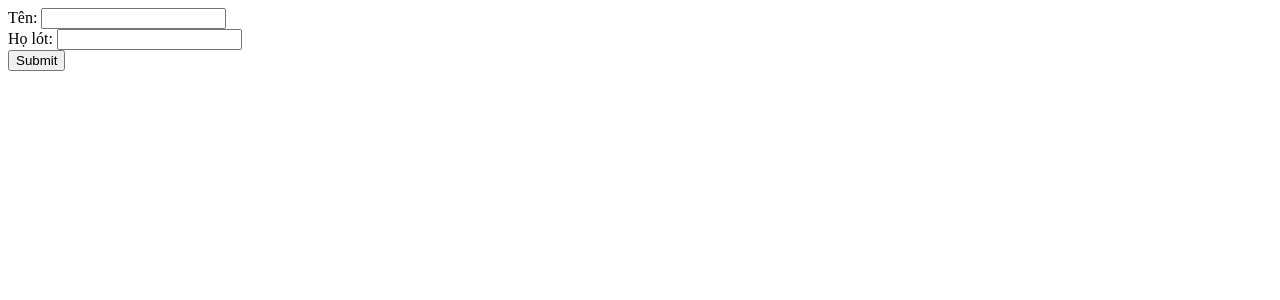
Repository: dangpham258/LapTrinhWeb
Page: BaiTap01/src/main/webapp/login.html
The author's editor kept a copy of each file at every save. The page is drawn from the files as they stood at one save, then again after the next save.
The browser window is 1280 px wide. The pictures show the whole page.

Above is the page before, as saved 2025-08-22 03:01:18.

After the next save:
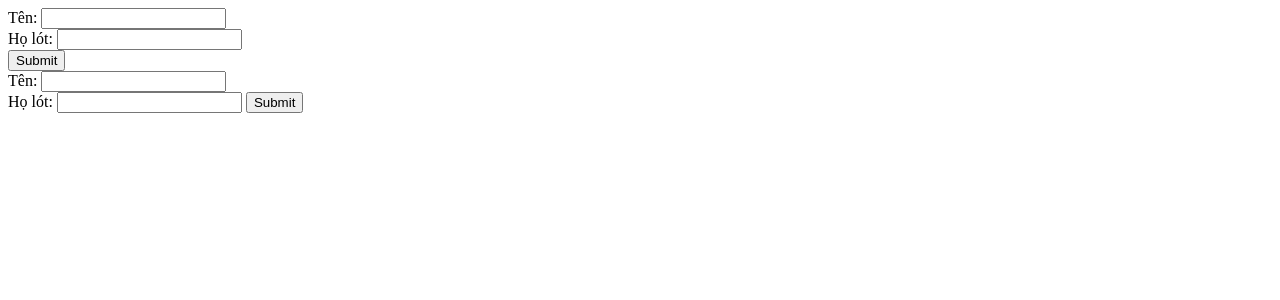
Saved 37 s later.
--- a/BaiTap01/src/main/webapp/login.html
+++ b/BaiTap01/src/main/webapp/login.html
@@ -10,5 +10,11 @@
         Họ lót: <input type="text" name="holot" /> <br />
         <input type="submit" value="Submit" />
     </form>
+
+	<form action="createcookie" method="GET">
+		Tên: <input type="text" name="ten"> <br />
+		Họ lót:
+		<input type="text" name="holot" /> <input type="submit" value="Submit" />
+	</form>
 </body>
 </html>
